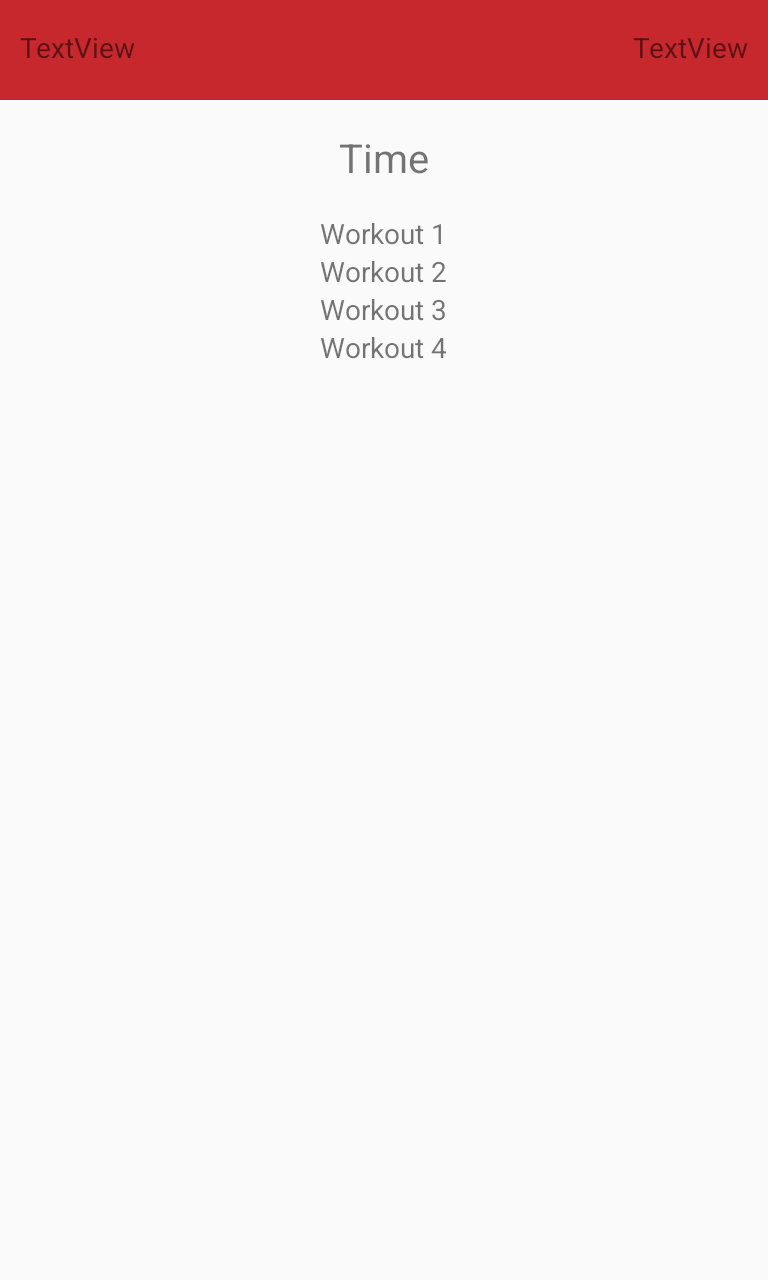
Repository: hackathon-2014/devdroid-repo
Layout: HealthyCompetition/res/layout/battlefield_layout.xml
An editor plug-in stored every save of this project. The layout is shown before and after the next save, followed by the edit.
It is drawn on a 768 x 1280 px phone screen (xhdpi) without system bars, with theme AppTheme; the app's code is not run.

Above is the layout before, as saved 2014-08-23 18:57:08.

After the next save:
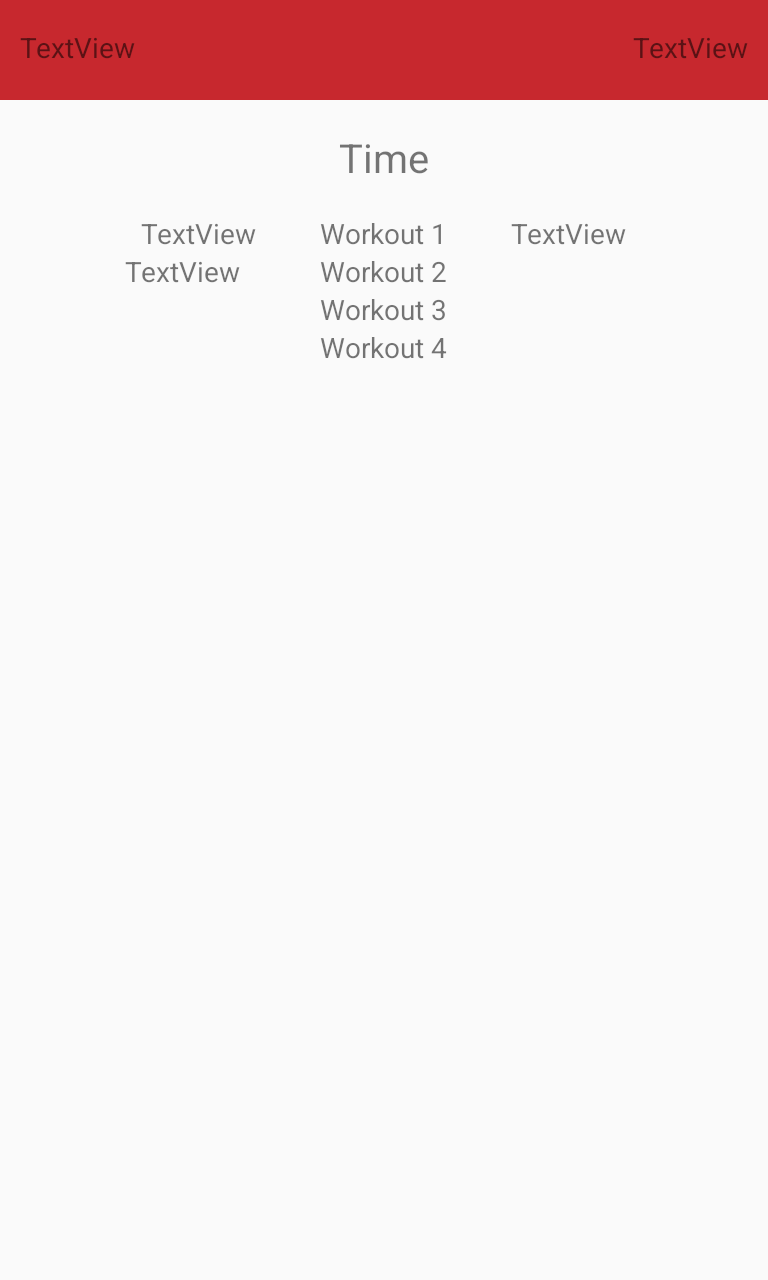
Saved 2 min 39 s later.
--- a/HealthyCompetition/res/layout/battlefield_layout.xml
+++ b/HealthyCompetition/res/layout/battlefield_layout.xml
@@ -60,6 +60,25 @@
             android:layout_height="wrap_content"
             android:layout_centerHorizontal="true"
             android:text="Workout 1" />
+
+        <TextView
+            android:id="@+id/textView1"
+            android:layout_width="wrap_content"
+            android:layout_height="wrap_content"
+            android:layout_alignParentTop="true"
+            android:layout_marginRight="32dp"
+            android:layout_toLeftOf="@+id/workout_one"
+            android:text="TextView" />
+
+        <TextView
+            android:id="@+id/textView2"
+            android:layout_width="wrap_content"
+            android:layout_height="wrap_content"
+            android:layout_alignParentTop="true"
+            android:layout_marginLeft="32dp"
+            android:layout_toRightOf="@+id/workout_one"
+            android:text="TextView" />
+
     </RelativeLayout>
 
     <RelativeLayout
@@ -74,6 +93,16 @@
             android:layout_height="wrap_content"
             android:layout_centerHorizontal="true"
             android:text="Workout 2" />
+
+        <TextView
+            android:id="@+id/textView3"
+            android:layout_width="wrap_content"
+            android:layout_height="wrap_content"
+            android:layout_alignParentTop="true"
+            android:layout_marginRight="40dp"
+            android:layout_toLeftOf="@+id/workout_two"
+            android:text="TextView" />
+
     </RelativeLayout>
 
     <RelativeLayout
